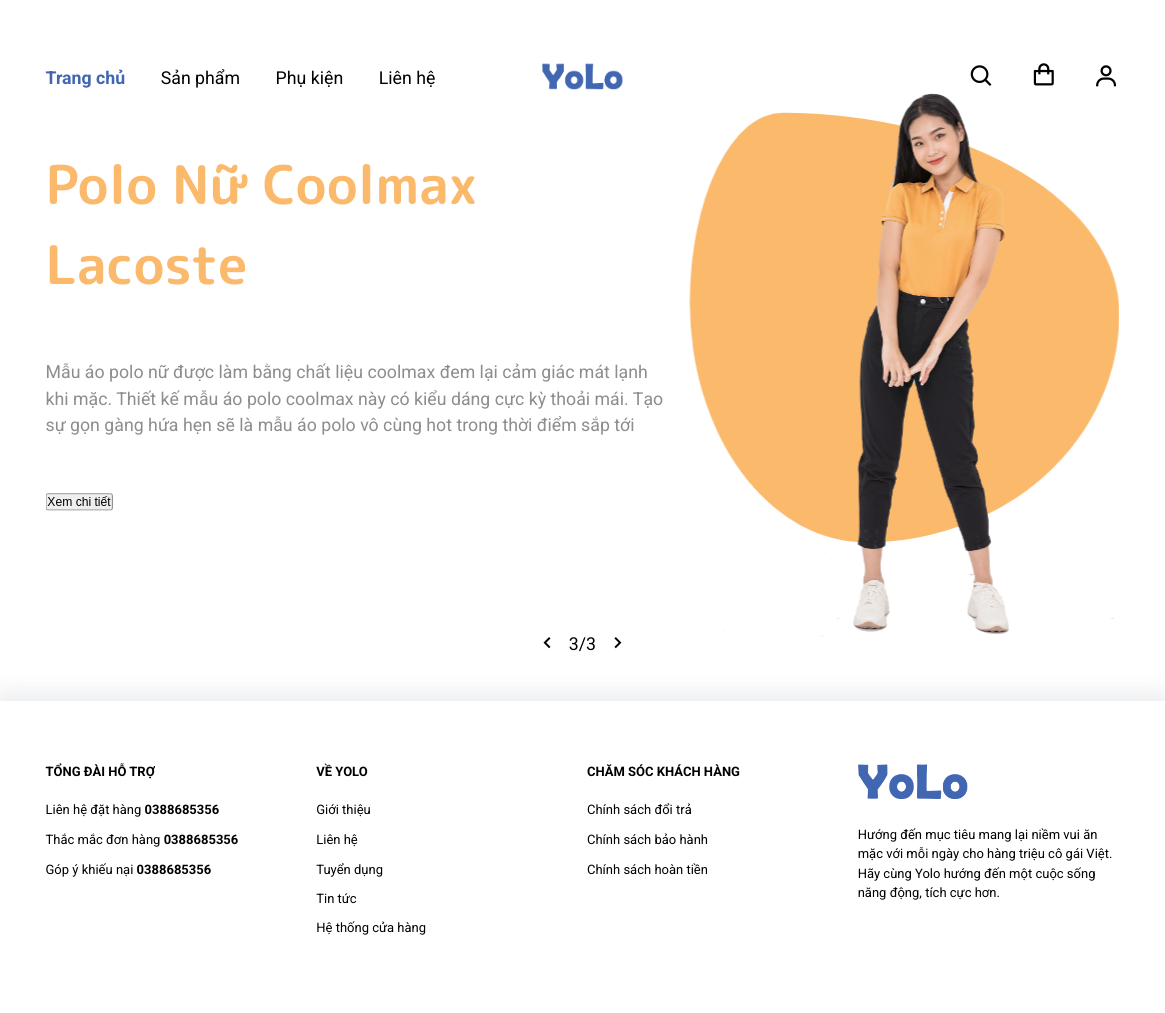
Repository: NguyenThanhBinh1210/Binh-React
Page: / (app in yoloshop/)
An editor plug-in stored every save of this project. The page is shown before and after the next save, followed by the edit.
The browser window is 1280 px wide. The pictures show the whole page, at 91% of full size.
The project was rebuilt for these pictures with package versions that can differ from the ones it lists, and the page was loaded fresh each time. A package was used in the major version that the imports need, not the one package.json lists. Also part of the build but not shown: yoloshop/src/pages/Product.jsx, yoloshop/src/pages/Catalog.jsx, yoloshop/src/pages/Cart.jsx, yoloshop/src/pages/Accessory.jsx, yoloshop/src/pages/Contact.jsx.

Above is the page before, as saved 2021-11-25 15:55:37.

### yoloshop/src/index.js
import React from 'react'
import ReactDOM from 'react-dom'
import Layout from './components/Layout'
import reportWebVitals from './reportWebVitals'
import './assets/boxicons-2.0.7/css/boxicons.min.css'
import './sass/index.scss'

ReactDOM.render(
	<React.StrictMode>
		<Layout />
	</React.StrictMode>,
	document.getElementById('root')
)

// If you want to start measuring performance in your app, pass a function
// to log results (for example: reportWebVitals(console.log))
// or send to an analytics endpoint. Learn more: https://bit.ly/CRA-vitals
reportWebVitals()

### yoloshop/src/components/Layout.jsx
import React from 'react'
import { BrowserRouter, Route } from 'react-router-dom'
import Header from './Header'
import Footer from './Footer'
import Routess from '../routes/Routess'

export default function Layout() {
	return (
		<BrowserRouter>
			<Route
				render={props => (
					<div>
						<Header {...props} />
						<div className="container">
							<div className="main">
								<Routess />
							</div>
						</div>
						<Footer />
					</div>
				)}
			/>
		</BrowserRouter>
	)
}

### yoloshop/src/sass/index.scss
@import './variables';
@import './mixins';
@import './base.scss';

@import './components/header';
@import './components/footer';
@import './components/hero-slider.scss';

### yoloshop/src/components/Header.jsx
import React, { useEffect, useRef } from 'react'
import logo from '../assets/images/Logo-2.png'
import { Link, useLocation } from 'react-router-dom'

const mainNav = [
	{
		display: 'Trang chủ',
		path: '/'
	},
	{
		display: 'Sản phẩm',
		path: '/catalog'
	},
	{
		display: 'Phụ kiện',
		path: '/accessories'
	},
	{
		display: 'Liên hệ',
		path: '/contact'
	}
]
export default function Header() {
	const { pathname } = useLocation()
	const activeNav = mainNav.findIndex(e => e.path === pathname)
	const headerRef = React.useRef(null)

	useEffect(() => {
		window.addEventListener('scroll', () => {
			if (
				document.body.scrollTop > 80 ||
				document.documentElement.scrollTop > 80
			) {
				headerRef.current.classList.add('shrink')
			} else {
				headerRef.current.classList.remove('shrink')
			}
		})
		return () => {
			window.removeEventListener('scroll')
		}
	}, [])

	const menuLeft = useRef(null)

	const menuToggle = () => menuLeft.current.classList.toggle('active')

	return (
		<div className="header" ref={headerRef}>
			<div className="container">
				<div className="header__logo">
					<Link to="/">
						<img src={logo} alt="logo" />
					</Link>
				</div>
				<div className="header__menu">
					<div className="header__menu__mobile-toggle" onClick={menuToggle}>
						<i class="bx bx-menu-alt-left"></i>
					</div>
					<div className="header__menu__left" ref={menuLeft}>
						<div className="header__menu__left__close" onClick={menuToggle}>
							<i class="bx bx-chevron-left"></i>
						</div>
						{mainNav.map((item, index) => (
							<div
								key={index}
								className={`header__menu__item  header__menu__left__item ${
									index === activeNav ? 'active' : ''
								}`}
								onClick={menuToggle}
							>
								<Link to={item.path}>
									<span>{item.display}</span>
								</Link>
							</div>
						))}
					</div>
					<div className="header__menu__right">
						<div className="header__menu__item header__menu__right__item">
							<i class="bx bx-search"></i>
						</div>
						<div className="header__menu__item header__menu__right__item">
							<Link to="/cart">
								<i class="bx bx-shopping-bag"></i>
							</Link>
						</div>
						<div className="header__menu__item header__menu__right__item">
							<i class="bx bx-user"></i>
						</div>
					</div>
				</div>
			</div>
		</div>
	)
}

### yoloshop/src/components/Footer.jsx
import React from 'react'
import { Link } from 'react-router-dom'
import Grid from './Grid'
import logo from '../assets/images/Logo-2.png'

const footerAboutLinks = [
	{
		display: 'Giới thiệu',
		path: '/about'
	},
	{
		display: 'Liên hệ',
		path: '/contact'
	},
	{
		display: 'Tuyển dụng',
		path: '/about'
	},
	{
		display: 'Tin tức',
		path: '/about'
	},
	{
		display: 'Hệ thống cửa hàng',
		path: '/about'
	}
]

const footerCustomLinks = [
	{
		display: 'Chính sách đổi trả',
		path: '/about'
	},

	{
		display: 'Chính sách bảo hành',
		path: '/about'
	},

	{
		display: 'Chính sách hoàn tiền',
		path: '/about'
	}
]

export default function Footer() {
	return (
		<footer className="footer">
			<div className="container">
				<Grid col={4} mdCol={2} smCol={1} gap={10}>
					<div>
						<div className="footer__title">Tổng đài hỗ trợ</div>
						<div className="footer__content">
							<p>
								Liên hệ đặt hàng <strong> 0388685356</strong>
							</p>
							<p>
								Thắc mắc đơn hàng <strong> 0388685356</strong>
							</p>
							<p>
								Góp ý khiếu nại <strong> 0388685356</strong>
							</p>
						</div>
					</div>
					<div>
						<div className="footer__title">Về Yolo</div>
						<div className="footer__content">
							{footerAboutLinks.map((item, i) => (
								<p key={i} className="">
									<Link to={item.path}>{item.display}</Link>
								</p>
							))}
						</div>
					</div>
					<div>
						<div className="footer__title">Chăm sóc khách hàng</div>
						<div className="footer__content">
							{footerCustomLinks.map((item, i) => (
								<p key={i} className="">
									<Link to={item.path}>{item.display}</Link>
								</p>
							))}
						</div>
					</div>
					<div className="footer__about">
						<p>
							<Link to="/">
								<img src={logo} className="footer__logo" alt="logo" />
							</Link>
						</p>
						<p>
							Hướng đến mục tiêu mang lại niềm vui ăn mặc với mỗi ngày cho hàng
							triệu cô gái Việt. Hãy cùng Yolo hướng đến một cuộc sống năng
							động, tích cực hơn.
						</p>
					</div>
				</Grid>
			</div>
		</footer>
	)
}

### yoloshop/src/routes/Routess.jsx
import React from 'react'
import { Switch, Route } from 'react-router-dom'
import Home from '../pages/Home'
import Product from '../pages/Product'
import Catalog from '../pages/Catalog'
import Cart from '../pages/Cart'
import Accessory from '../pages/Accessory'
import Contact from '../pages/Contact'

const Routess = () => {
	return (
		<Switch>
			<Route path="/" exact component={Home}></Route>
			<Route path="/catalog/:slug" component={Product}></Route>
			<Route path="/catalog" component={Catalog}></Route>
			<Route path="/cart" component={Cart}></Route>
			<Route path="/accessories" component={Accessory}></Route>
			<Route path="/contact" component={Contact}></Route>
		</Switch>
	)
}

export default Routess

### yoloshop/src/sass/_variables.scss
$main-bg: #fff;
$main-color: #4267b2;

$txt-main-color: #000000;
$txt-second-color: #8d8d8d;
$txt-white: #fff;

$btn-main-bg: $main-color;
$btn-main-color: #fff;

$header-height: 170px;
$header-tablet-height: 70px;
$header-mobile-height: 40px;
$header-shrink-height: 70px;

$box-shadow: rgba(149, 157, 165, 0.2) 0px 0px 24px 8px;

$colors: (
	'blue': #4267b2,
	'orange': #fbb96b,
	'pink': #fe7e73,
	'white': #fff,
	'black': #000,
	'main': $main-color
);

$mobile-width: 600px;
$tablet-width: 1024px;

$numbers: (0, 1, 2, 3, 4, 5, 6, 7, 8);

### yoloshop/src/sass/_mixins.scss
@mixin flex($align-item, $justify-content) {
	display: flex;
	align-items: $align-item;
	justify-content: $justify-content;
}

@mixin mobile {
	@media only screen and (max-width: $mobile-width) {
		@content;
	}
}
@mixin tablet {
	@media only screen and (max-width: $tablet-width) {
		@content;
	}
}

### yoloshop/src/sass/_base.scss
@import url('https://fonts.googleapis.com/css2?family=Roboto:ital,wght@0,100;0,300;0,400;0,500;0,700;0,900;1,100;1,300;1,400;1,500;1,700;1,900&display=swap');

@import url('https://fonts.googleapis.com/css2?family=M+PLUS+Rounded+1c:wght@100;300;400;500;700;800;900&display=swap');

* {
	padding: 0;
	margin: 0;
	box-sizing: border-box;
	-webkit-tap-highlight-color: transparent;
	user-select: none;
}

html {
	font-size: 13px;
}

body {
	font-family: 'Roboto', sans-serif;
}

ul {
	list-style-type: none;
}

a {
	text-decoration: none;
	color: unset;
}

@each $color, $val in $colors {
	.color-#{$color} {
		color: $val;
	}

	.bg-#{$color} {
		background-color: $val;
	}
}

@each $val in $numbers {
	.grid-col-#{$val} {
		grid-template-columns: repeat($val, 1fr);
	}
}

@each $val in $numbers {
	.grid-col-md-#{$val} {
		@include tablet {
			grid-template-columns: repeat($val, 1fr);
		}
	}
}

@each $val in $numbers {
	.grid-col-sm-#{$val} {
		@include mobile {
			grid-template-columns: repeat($val, 1fr);
		}
	}
}

.container {
	width: 100%;
	max-width: 1620px;
	padding: 0 50px;
	margin: auto;

	@include tablet {
		padding: 0 20px;
	}

	@include mobile {
		padding: 0 10px;
	}
}

.main {
	margin-top: $header-height;
	margin-bottom: 2rem;
	min-height: 100vh;

	@include tablet {
		margin-top: calc(#{$header-tablet-height} + 20px);
	}
	@include mobile {
		margin-top: calc(#{$header-mobile-height} + 10px);
	}
}

.grid {
	display: grid;
}

### yoloshop/src/sass/components/_header.scss
.header {
	background-color: $main-bg;
	position: fixed;
	top: 0;
	left: 0;
	width: 100%;
	z-index: 99;
	height: $header-height;
	transition: height 0.3s ease;

	@include tablet {
		height: $header-tablet-height;
		box-shadow: $box-shadow;
	}
	@include mobile {
		height: $header-mobile-height;
	}

	.container {
		height: 100%;
	}

	&.shrink {
		height: $header-shrink-height;
		box-shadow: $box-shadow;
		z-index: 10001;
	}

	&__logo {
		@include flex(center, center);
		position: absolute;
		inset: 0;
		pointer-events: none;

		img {
			height: 28px;
		}
	}

	&__menu {
		@include flex(center, space-between);
		height: 100%;
		font-size: 1.5rem;

		&__item ~ &__item {
			margin-left: 39px;
			@include tablet {
				margin-left: 20px;
			}
			@include mobile {
				margin-left: 10px;
			}
		}
		&__item.active {
			font-weight: 600;
			color: $main-color;
		}
		&__item:hover {
			color: $main-color;
		}
		&__left,
		&__right {
			@include flex(center, center);
			height: 100%;
		}

		&__right {
			font-size: 2.25rem;
			&__item {
				@include flex(center, center);
			}
			@include mobile {
				font-size: 1.5rem;
			}
		}

		&__left {
			&__close {
				display: none;
			}

			@include tablet {
				flex-direction: column;
				background-color: $main-bg;
				position: absolute;
				left: 0;
				top: 0;
				width: 100%;
				height: 100vh;
				justify-content: flex-start;
				padding-top: 30px;
				transform: translateX(-100%);
				transition: transform 0.5s ease;

				&.active {
					transform: translateX(0);
				}

				&__item ~ &__item {
					margin-left: unset;
					margin-top: 20px;
				}
				&__close {
					display: block;
					position: absolute;
					left: 20px;
					font-size: 2.5rem;
				}
			}
		}
		&__mobile-toggle {
			display: none;

			@include tablet {
				display: block;
				font-size: 2.5rem;
			}
		}
	}
}

### yoloshop/src/sass/components/_footer.scss
.footer {
	padding: 70px 0;
	box-shadow: $box-shadow;
	font-size: 1.1rem;
	a:hover {
		color: $main-color;
	}
	&__logo {
		height: 38px;
	}
	&__about {
		p {
			margin-bottom: 2rem;
		}
		p:not(:first-child) {
			line-height: 1.5;
		}
	}
	&__title {
		text-transform: uppercase;
		margin-bottom: 2rem;
		font-weight: 600;
	}
	&__content {
		p {
			margin-bottom: 1.25rem;
		}
	}
}

### yoloshop/src/sass/components/_hero-slider.scss
.hero-slider {
	height: 100vh;
	max-height: 1080px;
	overflow: hidden;
	position: relative;
	margin-bottom: 50px;
	margin-top: calc(#{$header-height} * -1);
	@include tablet {
		margin-top: calc(#{$header-tablet-height} * -1);
	}
	@include mobile {
		margin-top: calc(#{$header-mobile-height} * -1);
	}
	&__item {
		@include flex(center, space-between);
		opacity: 0;
		visibility: hidden;
		pointer-events: none;
		position: absolute;
		inset: 0;
		&.active {
			opacity: 1;
			visibility: visible;
			pointer-events: visible;
		}
		&__info {
			width: 58.33%;
			&__title,
			&__description {
				margin-bottom: 60px;

				@include tablet {
					margin-bottom: 15px;
				}
			}
			&__title {
				font-family: 'M Plus Rounded 1c', sans-serif;
				font-weight: 600;
				font-size: 4.5rem;
				line-height: 6.75rem;
				overflow: hidden;
			}
			&__description {
				color: $txt-second-color;
				font-size: 1.5rem;
				line-height: 2.25rem;
				overflow: hidden;
			}
			&__btn {
				overflow: hidden;
			}
		}
		&__image {
			flex-grow: 1;
			position: relative;
			height: 100%;
			z-index: 1000;
			pointer-events: none;
			img {
				height: 95vh;
				position: absolute;
				bottom: 0;
				right: 0;
			}
			.shape {
				$size: 472px;
				height: $size;
				width: $size;
				position: absolute;
				right: 0;
				top: 50%;
				border-radius: 30% 70% 70% 30% / 30% 30% 70% 70%;
				transform: translate(0, -50%);
				transition: border-radius 13s ease;
				animation: border 10s infinite forwards;
			}
		}
	}
	&__control {
		@include flex(center, center);
		position: absolute;
		bottom: 0;
		left: 50%;
		transform: translateX(-50%);

		&__item ~ &__item {
			margin-left: 10px;
		}
		&__item {
			@include flex(center, center);
			font-size: 2rem;
			cursor: pointer;

			&:hover {
				color: $main-color;
			}
			.index {
				font-size: 1.5rem;
			}
		}
	}
}

@keyframes border {
	0% {
		border-radius: 30% 70% 70% 30% / 30% 30% 70% 70%;
	}
	50% {
		border-radius: 20% 80% 59% 41% / 43% 45% 55% 57%;
	}
	100% {
		border-radius: 32% 68% 59% 41% / 53% 59% 41% 47%;
	}
}

### yoloshop/src/components/Grid.jsx
import React from 'react'
import PropTypes from 'prop-types'

const Grid = props => {
	const style = {
		gap: props.gap ? `${props.gap}px` : '0'
	}
	const col = props.col ? `grid-col-${props.col}` : '0'
	const mdCol = props.mdCol ? `grid-col-${props.mdCol}` : '0'
	const smCol = props.smCol ? `grid-col-${props.smCol}` : '0'
	return (
		<div className={`grid ${col} ${mdCol} ${smCol}`} style={style}>
			{props.children}
		</div>
	)
}

Grid.propTypes = {
	col: PropTypes.number.isRequired,
	mdCol: PropTypes.number,
	smCol: PropTypes.number,
	gap: PropTypes.number
}

export default Grid

### yoloshop/src/pages/Home.jsx
import React from 'react'
import heroSliderData from '../assets/fake-data/hero-slider'
import Helmet from '../components/Helmet'
import HeroSlider from '../components/HeroSlider'

const Home = () => {
	return (
		<Helmet title="Trang chủ">
			<HeroSlider data={heroSliderData} control={true} />
		</Helmet>
	)
}

export default Home

### yoloshop/src/assets/fake-data/hero-slider.js
const img1 = require('../images/slider/slide_1.png').default
const img2 = require('../images/slider/slide_2.png').default
const img3 = require('../images/slider/slide_3.png').default

const heroSliderData = [
	{
		title: 'Polo nữ Pima cao cấp',
		description:
			'Nhắc đến sự đẳng cấp là không thể không nhắc đến dòng vải pima. Nó tạo nên chất lượng tốt nhất cho bất kỳ sản phẩm thời trang nào. Sợi vải pima dài và dày hơn sợi cotton thông thường gấp đôi nhờ công nghệ dệt tân tiến. Điều đó làm cho kết cấu áo polo chắc chắn, bền chặt, hạn chế tối đa xù lông, mềm mượt, bền màu, vô cùng đảm bảo sức khoẻ người dùng',
		img: img1,
		color: 'blue',
		path: '/catalog/ao-thun-dinosaur-01'
	},
	{
		title: 'Polo Nữ Dáng Suông Modal',
		description:
			'Polo nữ dáng suông Modal sử dụng công nghệ vải cao cấp thân thiện với môi trường sản xuất độc quyền chống co rút vải, áo polo nữ vải modal là sản phẩm thích hợp cho các bạn có môi trường làm việc năng động như hiện nay',
		img: img2,
		path: '/catalog/ao-thun-dinosaur-02',
		color: 'pink'
	},
	{
		title: 'Polo Nữ Coolmax Lacoste',
		description:
			'Mẫu áo polo nữ được làm bằng chất liệu coolmax đem lại cảm giác mát lạnh khi mặc. Thiết kế mẫu áo polo coolmax này có kiểu dáng cực kỳ thoải mái. Tạo sự gọn gàng hứa hẹn sẽ là mẫu áo polo vô cùng hot trong thời điểm sắp tới',
		img: img3,
		path: '/catalog/ao-thun-dinosaur-03',
		color: 'orange'
	}
]

export default heroSliderData

### yoloshop/src/components/Helmet.jsx
import React from 'react'
import PropTypes from 'prop-types'

const Helmet = props => {
	document.title = 'Yolo - ' + props.title

	return <div>{props.children}</div>
}

Helmet.propTypes = {
	title: PropTypes.string.isRequired
}

export default Helmet

### yoloshop/src/components/HeroSlider.jsx
import React, { useState } from 'react'
import PropTypes from 'prop-types'
import { Link } from 'react-router-dom'

const HeroSlider = props => {
	const data = props.data
	// const activeSlider = 0
	const [activeSlider, setActiveSlider] = useState(2)
	return (
		<div className="hero-slider">
			{data.map((item, index) => (
				<HeroSliderItem
					key={index}
					item={item}
					active={index === activeSlider}
				/>
			))}
			{props.control ? (
				<div className="hero-slider__control">
					<div className="hero-slider__control__item">
						<i className="bx bx-chevron-left"></i>
					</div>
					<div className="hero-slider__control__item">
						<div className="index">
							{activeSlider + 1}/{data.length}
						</div>
					</div>

					<div className="hero-slider__control__item">
						<i className="bx bx-chevron-right"></i>
					</div>
				</div>
			) : null}
		</div>
	)
}

HeroSlider.propTypes = {
	data: PropTypes.array.isRequired,
	control: PropTypes.bool
}

const HeroSliderItem = props => (
	<div className={`hero-slider__item ${props.active ? 'active' : ''}`}>
		<div className="hero-slider__item__info">
			<div
				className={`hero-slider__item__info__title color-${props.item.color}`}
			>
				<span> {props.item.title}</span>
			</div>
			<div className="hero-slider__item__info__description">
				<span> {props.item.description}</span>
			</div>
			<div className="hero-slider__item__info__btn">
				<Link to={props.item.path}>
					<button>Xem chi tiết</button>
				</Link>
			</div>
		</div>
		<div className="hero-slider__item__image">
			<div className={`shape bg-${props.item.color}`}></div>
			<img src={props.item.img} alt={props.item.title} />
		</div>
	</div>
)

export default HeroSlider

Loaded but not shown: yoloshop/public/index.html (common file); yoloshop/src/reportWebVitals.js (common file); yoloshop/src/assets/boxicons-2.0.7/css/boxicons.min.css (library)

After the next save:
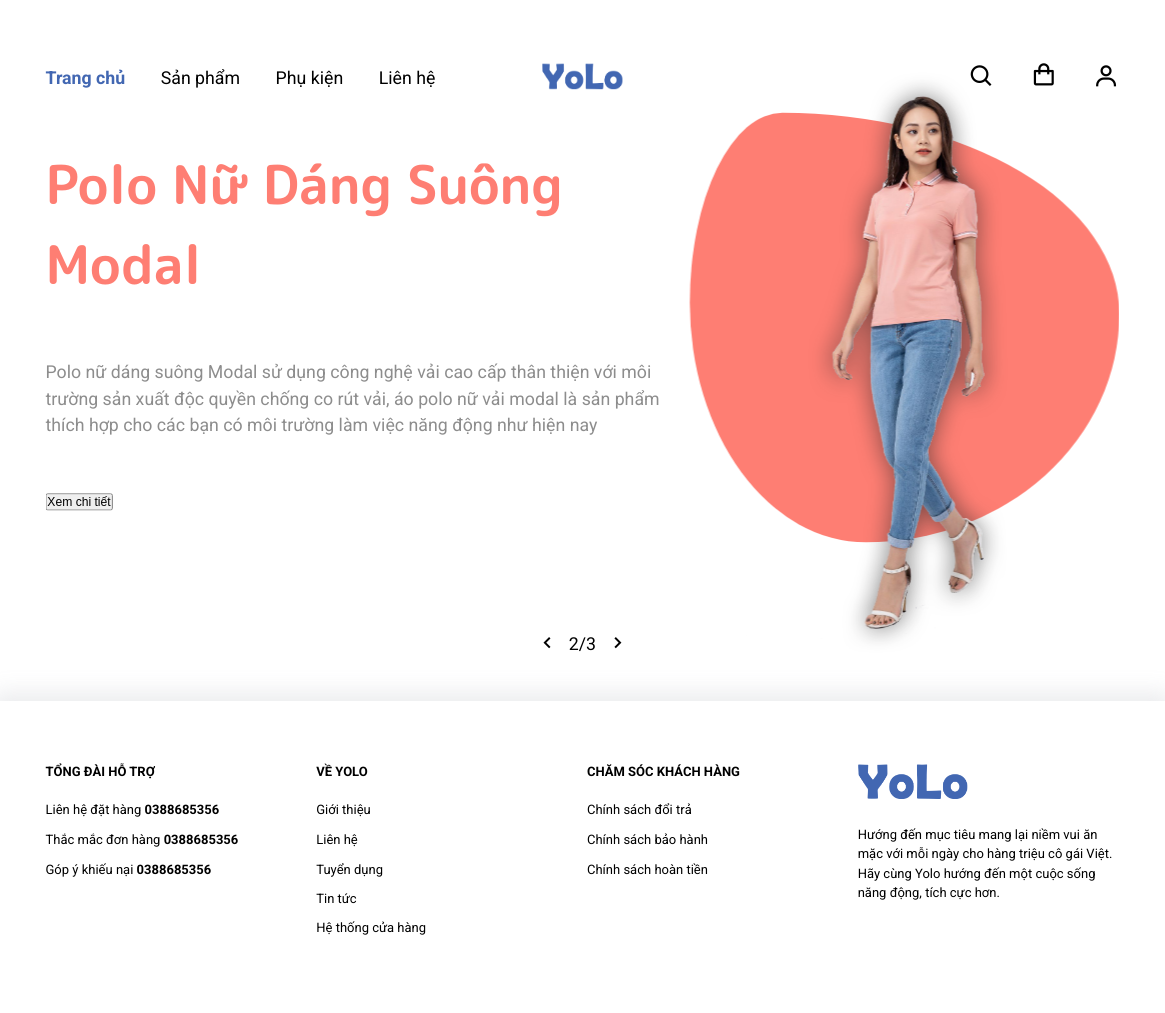
Saved 16 s later.
--- a/yoloshop/src/components/HeroSlider.jsx
+++ b/yoloshop/src/components/HeroSlider.jsx
@@ -5,7 +5,7 @@
 const HeroSlider = props => {
 	const data = props.data
 	// const activeSlider = 0
-	const [activeSlider, setActiveSlider] = useState(2)
+	const [activeSlider, setActiveSlider] = useState(1)
 	return (
 		<div className="hero-slider">
 			{data.map((item, index) => (
